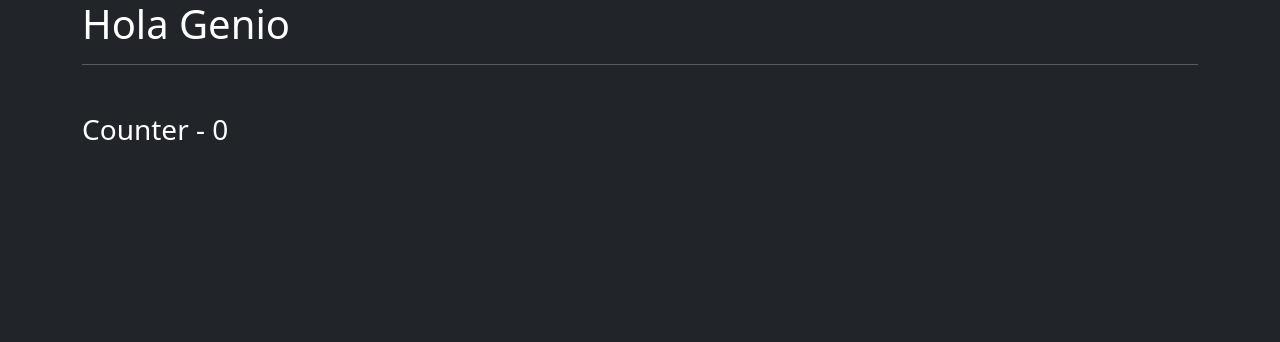
Repository: ChristianGecchelin/Typescript-Course1
Page: /
An editor plug-in stored every save of this project. The page is shown before and after the next save, followed by the edit.
The browser window is 1280 px wide. The pictures show the whole page.
The project was rebuilt for these pictures with package versions that can differ from the ones it lists, and the page was loaded fresh each time.

Above is the page before, as saved 2022-08-16 13:03:17.

### public/index.html
<!DOCTYPE html>
<html lang="en">
  <head>
    <meta charset="utf-8" />
    <link rel="icon" href="%PUBLIC_URL%/favicon.ico" />
    <meta name="viewport" content="width=device-width, initial-scale=1" />
    <meta name="theme-color" content="#000000" />
    <meta
      name="description"
      content="Web site created using create-react-app"
    />
    <link rel="apple-touch-icon" href="%PUBLIC_URL%/logo192.png" />
    <!--
      manifest.json provides metadata used when your web app is installed on a
      user's mobile device or desktop. See https://developers.google.com/web/fundamentals/web-app-manifest/
    -->
    <link rel="manifest" href="%PUBLIC_URL%/manifest.json" />
    <!--
      Notice the use of %PUBLIC_URL% in the tags above.
      It will be replaced with the URL of the `public` folder during the build.
      Only files inside the `public` folder can be referenced from the HTML.

      Unlike "/favicon.ico" or "favicon.ico", "%PUBLIC_URL%/favicon.ico" will
      work correctly both with client-side routing and a non-root public URL.
      Learn how to configure a non-root public URL by running `npm run build`.
    -->
    <!-- CSS only -->
    <link
      href="https://cdn.jsdelivr.net/npm/bootstrap@5.2.0/dist/css/bootstrap.min.css"
      rel="stylesheet"
      integrity="sha384-gH2yIJqKdNHPEq0n4Mqa/HGKIhSkIHeL5AyhkYV8i59U5AR6csBvApHHNl/vI1Bx"
      crossorigin="anonymous"
    />
    <title>React + TS</title>
  </head>
  <body class="container bg-dark text-white">
    <noscript>You need to enable JavaScript to run this app.</noscript>
    <div id="root"></div>
    <!--
      This HTML file is a template.
      If you open it directly in the browser, you will see an empty page.

      You can add webfonts, meta tags, or analytics to this file.
      The build step will place the bundled scripts into the <body> tag.

      To begin the development, run `npm start` or `yarn start`.
      To create a production bundle, use `npm run build` or `yarn build`.
    -->
  </body>
</html>

### src/App.tsx
import { Counter } from "./components/Counter";

function App() {
  return (
    <>
      <h1>Hola Genio</h1>
      <hr />
      <Counter/>
    </>
  );
}

export default App;

### src/components/Counter.tsx
import { useState } from "react";

export const Counter = () => {
    const [counter, setCounter] = useState(0)




  return (
    <div className="mt-5">
      <h3>Counter - {counter}</h3>
    </div>
  );
};

Loaded but not shown: src/index.tsx (common file)

After the next save:
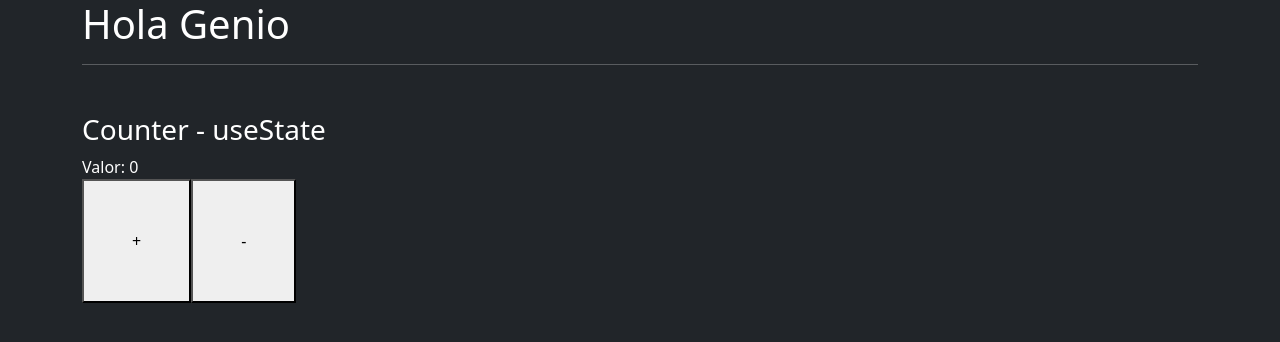
Saved 91 s later.
--- a/src/components/Counter.tsx
+++ b/src/components/Counter.tsx
@@ -8,7 +8,12 @@ export const Counter = () => {
 
   return (
     <div className="mt-5">
-      <h3>Counter - {counter}</h3>
+      <h3>Counter - useState
+      </h3>
+      <span>Valor: {counter}</span>
+      <br />
+      <button className="btn-danger p-5">+</button>
+        <button className="btn-danger p-5">-</button>
     </div>
   );
 };
